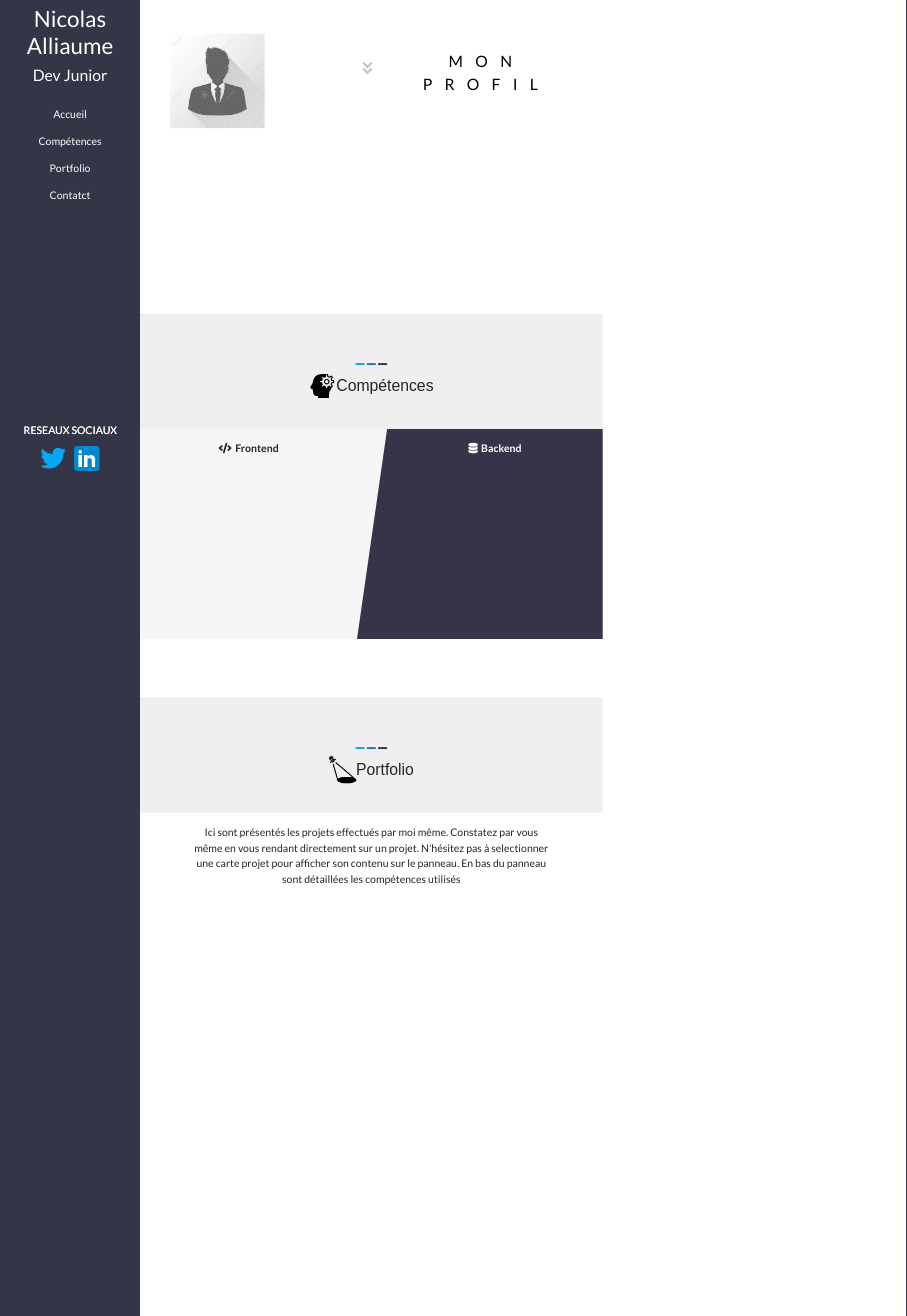
Repository: Nicolas-al/alliaumen
Page: templates/main/index.html.twig
An editor plug-in stored every save of this project. The page is shown before and after the next save, followed by the edit.
The browser window is 1280 px wide. The page is 1280 px wide, then 1295 px, then 1280 px, so the pictures cover 1295 px, including what lies to the right of the window. The pictures show the part of the page from y = 0 to 1880 px (the page is 2921 px tall before and 1651 px after), at 70% of full size.
Some web fonts or font styles are not loaded; a fallback is used. Some web libraries are served in a nearby version. The page is a Twig template of a Symfony application; nobody is signed in and links lead nowhere. The template is opened directly, without the code that normally fills it, so the values that code supplies are empty.

Above is the page before, as saved 2020-10-09 17:23:50.

After the next save:
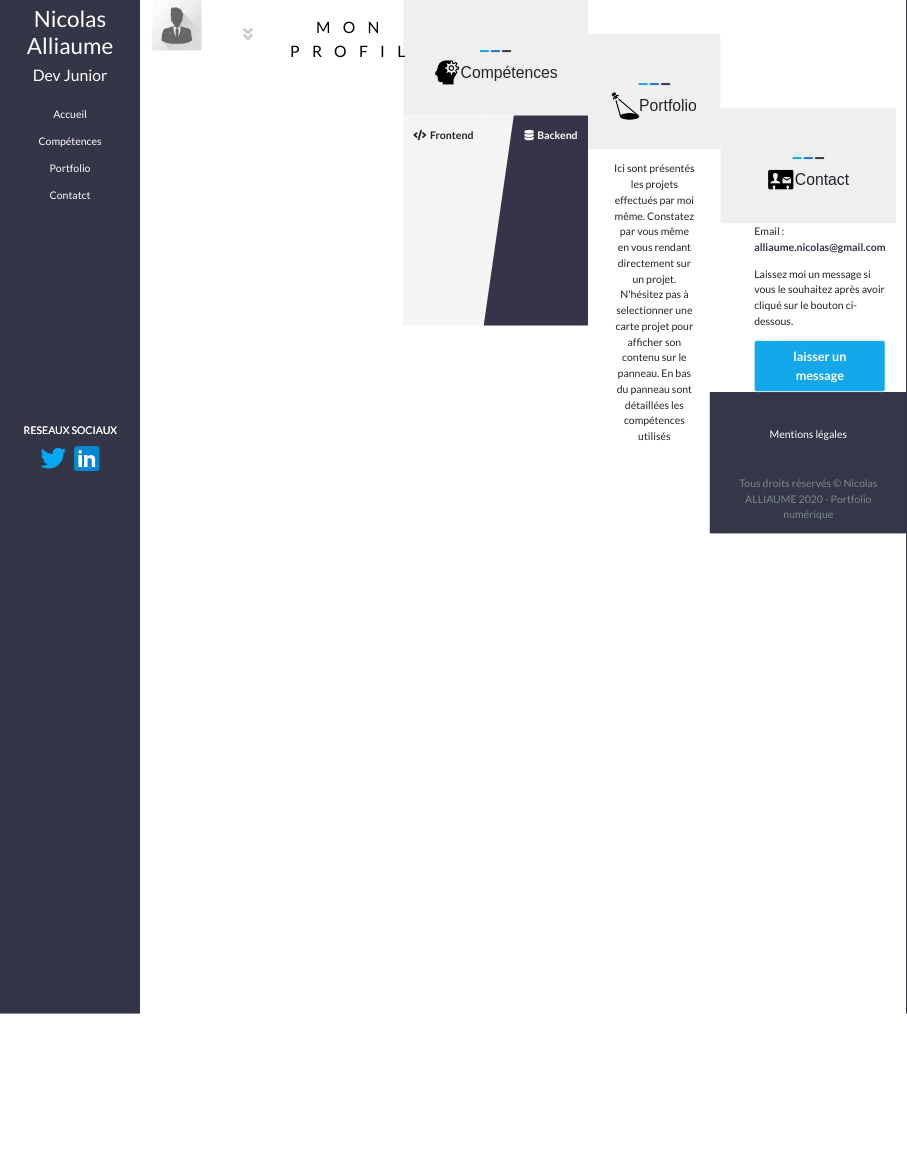
Saved 110 s later.
--- a/templates/main/index.html.twig
+++ b/templates/main/index.html.twig
@@ -6,8 +6,7 @@
         <nav id="sidebar">
         {% include 'main/aside.html.twig' %}
         </nav>
-        <div class="content">
-
+        <div class="content"
             <div class="col-lg-12 mt-5" id="header">
                     <div class="row">
                         <div class="col-lg-3 col-sm-3 offset-md-1" id="block_photo">

After the save that followed:
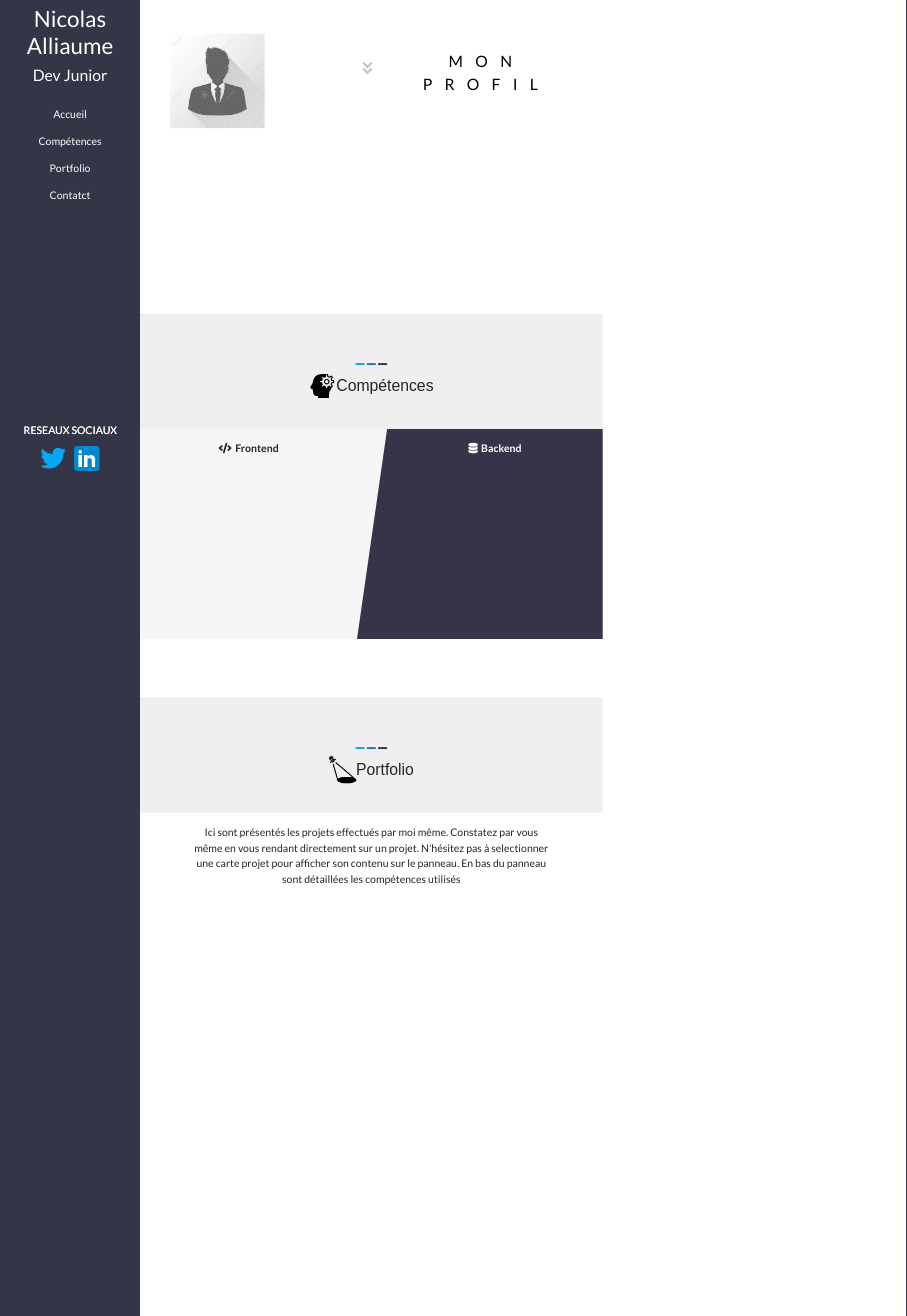
Saved 7 s later.
--- a/templates/main/index.html.twig
+++ b/templates/main/index.html.twig
@@ -6,7 +6,7 @@
         <nav id="sidebar">
         {% include 'main/aside.html.twig' %}
         </nav>
-        <div class="content"
+        <div class="content">
             <div class="col-lg-12 mt-5" id="header">
                     <div class="row">
                         <div class="col-lg-3 col-sm-3 offset-md-1" id="block_photo">
